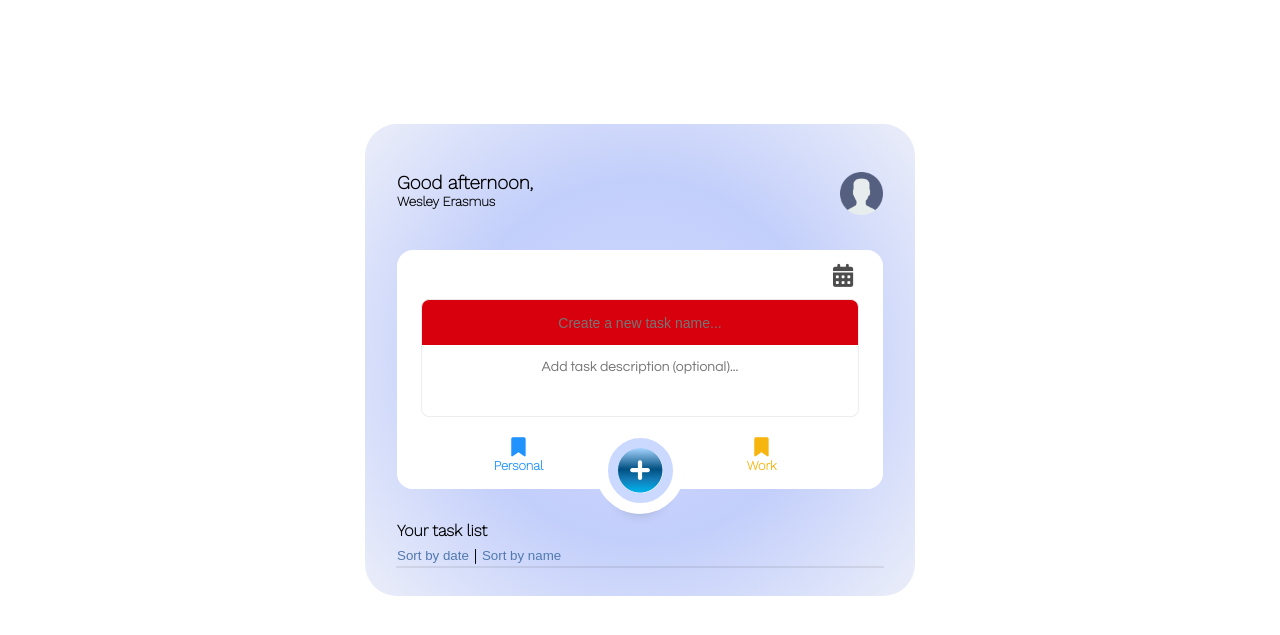
Repository: WesleyErasmus/Todo-App
Page: todoApp.html
An editor plug-in stored every save of this project. The page is shown before and after a run of saves, followed by the edit.
The browser window is 1280 px wide. The pictures show the whole page.
Some web libraries are served in a nearby version.

Above is the page before, as saved 2022-06-23 13:56:25.

### todoApp.html
<!DOCTYPE html>
<html lang="en">

<head>
    <meta charset="UTF-8">
    <meta http-equiv="X-UA-Compatible" content="IE=edge">
    <meta name="viewport" content="width=device-width, initial-scale=1.0">
    <title>Todo App</title>
    <script src="https://kit.fontawesome.com/81ea498f91.js" crossorigin="anonymous"></script>
    <link rel="stylesheet" href="/source/css/todoApp.css">
    <script src="/source/script/todoApp.js" defer></script>
</head>

<body>
    <!-- App wrapper -->
    <main class="app-wrapper">
        <!-- App header -->
        <header>
            <!-- Greeting and Name -->
            <div class="app-heading">
                <h3>Good afternoon, </h3>
                <h5>Wesley Erasmus</h5>
            </div>
            <!-- Profile picture -->
            <div id="profile-picture">
                <img src="/images/user.png" alt="" style="width: 43px;">
            </div>
        </header>

        <!-- Categories section -->
        <section>
            <form id="task-list-form">
                <div class="create-submit">
                    <span class="error-validation-message">Please enter a task title</span>
                    <!-- Task title input -->
                    <input type="text" name="title" id="title" placeholder="Create a new task name..." />
                    <!-- task description textarea -->
                    <textarea name="description" id="description" cols="30" rows="3" placeholder="Add task description (optional)..."></textarea>
                    <!-- Due date calendar icon -->
                    <span class="datePicker-toggle">
                        <span class="datePicker-toggle-button"></span>
                        <input type="date" name="date" class="datePicker-input">
                        <i class="fa-solid fa-calendar-days"></i>
                    </span>
                    <!-- Calendar tooltip message -->
                    <span class="calendar-tooltip">Add a due date</span>

                    <!-- task submit button -->
                    <button id="add-task-btn" type="submit" value="create-new-task">
                        <!-- add task button -->
                        <i class="fa-solid fa-circle-plus"></i>
                    </button>
                    <div class="circle onclick-background-change"></div>
                </div>

                <!-- Categories -->
                <div class="category-selectors">
                    <!-- Personal category -->
                    <label class="personal-category-btn onclick-background-change">
                        <input type="radio" name="category" value="Personal" class="personal-category"
                            id="personal-category"  />
                        <i class="fa-solid fa-bookmark"></i>
                        <h4 class="category-h4">Personal</h4>
                    </label>
                    <!-- Work category -->
                    <label class="work-category-btn onclick-background-change">
                        <input type="radio" name="category" value="Work" class="work-category" id="work-category" />
                        <i class="fa-solid fa-bookmark"></i>
                        <h4 class="category-h4">Work</h4>
                    </label>
                </div>
                <!-- End of categories div -->
                </div>
            </form>
        </section>

        <!-- Task list is created here, new tasks are outputted below -->
        <section class="todo-list-output">
            <div id="list-header">
                <div>Your task list</div>
            </div>
            <!-- SEARCH BAR -->
            <div id="search-filter-section">
                <!-- <form id="search-bar">
                <input type="text"
                id="search-bar"
                placeholder="Search for task...">
                <button type="submit"><i class="fa fa-search"
                id="search-submit-btn"></i></button>
                </form> -->
                <!-- filter dropdown  ***WORK IN PROGRESS*** -->
                <button id="sort-by-date" value="date">Sort by date</button>
                <p>|</p>
                <button id="sort-by-name" value="name">Sort by name</button>
                <!-- <form id="sort-tasks-form">
                    <select name="sort-by" id="sort-by">
                        <option >Sort</option>
                        <option id="sort-by-date" value="date">Sort by date</option>
                        <option id="sort-by-name" value="name">Sort by title</option>
                    </select>
                </form> -->

            </div>
            <!-- Actual task list output -->
            <div class="task-list" id="task-list">
                <!-- <div class="task-item">

                        <label id="personal-category-btn">
                        <input class="completed" type="checkbox" />
                        <input
                            type="radio"
                            name="category"
                            value="Work"
                            id="work-category" />
                            <i class="fa-solid fa-bookmark"></i>
                        </label>
                        <div class="task-content">
                            Test title
                            <p class="task-description">Lorem ipsum dolor sit amet consectetur adipisicing elit. Recusandae, deleniti.</p>
                        </div>

                        <div class="edit-delete">
                            <button class="edit"><i class="fa-solid fa-pencil"></i></button>
                            <button class="delete"><i class="fa fa-trash" aria-hidden="true"></i></button>
                            <button class="show-hide-description">Show description
                            </button>
                        </div>

                    </div> -->
            </div>
        </section>
    </main> <!-- End of App wrapper -->

</body>

</html>

### source/css/todoApp.css
/* GOOGLE FONT IMPORT */
@import url("https://fonts.googleapis.com/css2?family=Questrial&family=Work+Sans:wght@200&display=swap");

/* Font family CSS: */
/* font-family: "Work Sans", sans-serif; */
/* font-family: "Questrial", sans-serif; */

/* *** CSS VARIABLES *** */
:root {
  --light-background: #fff;
  --work: #f6b50f;
  --personal: #2093ff;
  /* --placeholder-text: #aeaeaec7; */
  --grey: #a9a9a9;
  --dark-grey: #4d4d4d;

  /* GRADIENT COLORS */
  --primary-gradient: -webkit-linear-gradient(
    top,
    #a7d4ff 0%,
    #005081 47%,
    #147bb6 70%,
    #00abe5 94%,
    #02a8e4 100%
  );
  --background: rgb(206, 217, 255);
  --background-color: radial-gradient(
    circle,
    rgba(206, 217, 255, 1) 0%,
    rgba(195, 207, 251, 1) 50%,
    rgba(235, 238, 249, 1) 100%
  );

  --delete: radial-gradient(
    circle,
    rgb(255, 9, 9) 26%,
    rgba(255, 88, 88, 1) 58%,
    rgb(255, 0, 0) 61%,
    rgba(255, 67, 67, 1) 68%
  );

  /* BOX-SHADOW */
  --box-shadow: rgba(0, 0, 0, 0.05) 0px 6px 24px 0px,
    rgba(0, 0, 0, 0.08) 0px 0px 0px 1px;
  /* TEXT-SHADOW */
  --text-shadows: rgba(0, 0, 0, 0.24) 0px 3px 8px;
}
/* END OF CSS VARIABLES */

/* UNIVERSAL SELECTOR STYLING */
* {
  box-sizing: border-box;
  margin: 0;
  padding: 0;
  list-style: none;
}
body {
  font-family: "Questrial", sans-serif;
}
/* END OF UNIVERSAL SELECTOR STYLING */

/* RADIO AND CHECKBOX INPUT STYLING */
/* Below removes input and checkbox default styling */
input:not([type="radio"]):not([type="checkbox"]),
button {
  appearance: none;
  border: none;
  outline: none;
  cursor: initial;
  background: none;
}
/* Removes the radio selector */
input[type="radio"] {
  display: none;
}
/* END OF RADIO AND CHECKBOX INPUT STYLING */

/* Removes textarea resize styling */
textarea {
  resize: none;
}

/* UNIVERSAL PLACEHOLDER TEXT STYLING */
::placeholder {
  /* Style placeholder text here */
}

/* UNIVERSAL BUTTON STYLING */
button {
  appearance: none;
  border: none;
  outline: none;
  background: none;
  cursor: initial;
  cursor: pointer;
}

/* APP WRAPPER/CONTAINER STYLING */
main {
  background: var(--background);
  background-image: var(--background-color);
  padding-top: 2rem;
  border-radius: 2rem;
  padding-left: 2rem;
  padding-right: 2rem;
  flex: 1 1 0%;
  align-items: center;
  justify-content: center;
  max-width: 550px;
  width: 100%;
  position: absolute;
  top: 50%;
  left: 50%;
  margin-right: -50%;
  transform: translate(-50%, -50%);
}
/* END OF APP WRAPPER/CONTAINER STYLING */

/* Styling for section HTML tags */
section {
  margin-top: 1rem;
  margin-bottom: 2rem;
}

/* Makes mouse cursor change to pointer when hovering over all labels */
label {
  cursor: pointer;
}

/* HEADER STYLING (Greeting, name, and profile image) */
header {
  display: flex;
  justify-content: space-between;
  padding: 1rem 0rem 1rem 0rem;
  border-radius: 1rem;
}

.app-heading {
    font-family: "Work Sans", sans-serif;
}
/* END OF HEADER STYLING */

/* TASK USER INPUTS STYLING */
#task-list-form {
  background-color: var(--light-background);
  border-radius: 1rem;
  padding-top: 1.65rem;
  margin: 0;
}
/* Container for input fields and the task submit button */
.create-submit {
  position: relative;
  display: flex;
  flex-direction: column;
  justify-content: center;
  align-items: center;
  text-align: center;
  margin-top: 0.5rem;
}
/* Title and description input field */
#title {
  background: #D8000C;
  /* background: rgb(246, 248, 255); */
  /* background: #ff000072; */
  display: block;
  width: 90%;
  font-size: 14px;
  text-align: center;
  border: 0.1px solid #ececec;
  border-top-left-radius: 0.5rem;
  border-top-right-radius: 0.5rem;
  border-bottom: none;
  padding: 0.9rem 0rem 0.9rem 0rem;
  margin-top: 15px;
}
#description {
  /* background-color: #ececec4e; */
  text-align: center;
  font-family: "Questrial", sans-serif;
  display: block;
  width: 90%;
  font-size: 14px;
  padding: 0.9rem;
  appearance: none;
  border: 0.1px solid #ececec;
  border-bottom-left-radius: 0.5rem;
  border-bottom-right-radius: 0.5rem;
  border-top: none;
  outline: none;
  cursor: initial;
}

/* Hover */
#title:hover,
#description:hover {
  border-radius: 0.5rem;
  /* background-color: #ececec4e; */
  background-color: #ececec4e;
  /* background: rgb(246, 248, 255); */
  width: 90%;
}
/* Add new task submit button */
#add-task-btn {
  z-index: 10;
  position: absolute;
  display: block;
  margin: 0 auto;
  bottom: -86px;
  color: #ffffff;
  background: var(--primary-gradient);
  -webkit-background-clip: text;
  -webkit-text-fill-color: transparent;
  border: 10px solid #cbd8ff;
  border-radius: 9999px;
  transition: all 0s;
}
/* Hover */
#add-task-btn:hover {
  opacity: 0.75;
  transform: translateY(-1px);
}
/* Click */
#add-task-btn:active {
  transform: translateY(1px);
}
/* Div circle container behind the task submit button */
.circle {
  z-index: -1;
  position: absolute;
  bottom: -142px;
  left: 50%;
  margin-right: -50%;
  transform: translate(-50%, -50%);
  width: 90px;
  height: 90px;
  background-color: var(--light-background);
  border-bottom-left-radius: 100px;
  border-bottom-right-radius: 100px;
  border: none;
  box-shadow: rgba(0, 0, 0, 0.45) 0px 20px 15px -25px;
}
/* Task submit button sizing */
.fa-circle-plus {
  font-size: 45px;
}
/* END OF TODO INPUTS AND SUBMIT BTN STYLING */

/* STYLING FOR CATEGORY BUTTONS, PERSONAL AND WORK */
.category-selectors {
  display: flex;
  justify-content: center;
  align-items: center;
  border-bottom-left-radius: 1rem;
  border-bottom-right-radius: 1rem;
}
/* Category labels */
.category-selectors label {
  display: flex;
  flex-direction: column;
  justify-content: center;
  align-items: center;
  background-color: var(--light-background);
  padding: 0.75rem 2rem;
}
.category-h4 {
  font-family: "Work Sans", sans-serif;
}
/* *** WORK IN PROGRESS *** */
/* .personal-category:checked ~ .category-h4 {
  border-bottom: 1px solid #00abe5;
}
.work-category:checked ~ .category-h4 {
  border-bottom: 1px solid #f6b50f;
} */

/* Color for personal category button */
.personal-category-btn {
  color: var(--personal);
  border-bottom-left-radius: 1rem;
}
/* Color for work category button */
.work-category-btn {
  color: var(--work);
  border-bottom-right-radius: 1rem;
}
/* Category button styling */
.work-category-btn,
.personal-category-btn {
  font-size: 0.8em;
  width: 100%;
  height: 70px;
  border: none;
  outline: none;
  margin-top: 2px;
  transition: all 0s;
}
/* Click styling */
label.work-category-btn:active {
  transform: translateY(0.5px);
  background-color: #f6b50f3a;
  border-bottom-left-radius: 1rem;
  border-bottom-right-radius: 1rem;
}
/* Click styling */
label.personal-category-btn:active {
  transform: translateY(0.5px);
  background-color: #2093ff2b;
  border-bottom-left-radius: 1rem;
  border-bottom-right-radius: 1rem;
}
/* Hover styling */
.work-category-btn:hover,
.personal-category-btn:hover {
  opacity: 0.75;
  transform: translateY(-1px);
  background-color: #ececec4e;
}
/*END OF STYLING FOR CATEGORY BUTTONS */

/* HEADER FOR TASK LIST */
#list-header {
  font-family: "Work Sans", sans-serif;
  width: 80%;
  display: flex;
  justify-content: space-between;
  margin-bottom: 0;
  font-weight: bold;
  margin-bottom: 0.5rem;
}
/* END HEADER FOR TASK LIST */

/* CONTAINER FOR SEARCH BAR AND SEARCH BUTTONS */
#search-filter-section {
  display: flex;
  margin-bottom: 3px;
}
/* Sort buttons */
#sort-by-date,
#sort-by-name {
  color: #5179b0;
}
/* Hover */
#sort-by-date:hover,
#sort-by-name:hover {
  opacity: 0.75;
  text-decoration: underline;
}
/* Sort buttons margin styling */
#sort-by-date {
  margin-right: 5px;
}
#sort-by-name {
  margin-left: 5px;
}
/* END OF SORT BUTTONS */

/* WORK IN PROGRESS */
/* select {
  font-family: "Questrial", sans-serif;
  font-size: 15px;
  margin-left: 0.3rem;
  margin-bottom: 15px;
  padding: 0.4rem;
  border: none;
  outline: 0;
  border-radius: 0.25rem;
  cursor: pointer;
  box-shadow: var(--box-shadow);
}
option {
  font-family: "Questrial", sans-serif;
  font-size: 12px;
} */
/* END OF STYLING FOR SORT BUTTON */

/* SEARCH BAR STYLING */
#search-bar {
  position: relative;
  display: flex;
  justify-content: center;
  align-items: center;
  width: 47%;
}
/* Search bar input field */
#search-bar input {
  display: block;
  width: 100%;
  font-size: 0.9rem;
  padding: 0.5rem 1.5rem;
  padding-right: 0rem;
  background-color: var(--light-background);
  border-radius: 0.5rem;
  margin-bottom: 1rem;
  box-shadow: var(--box-shadow);
}
/* Search submit button */
#search-submit-btn {
  position: absolute;
  display: block;
  right: 0rem;
  top: 0;
  background-color: var(--light-background);
  border-top-left-radius: 0.5rem;
  border-bottom-left-radius: 0.5rem;
  border-top-right-radius: 0.5rem;
  border-bottom-right-radius: 0.5rem;
  padding: 0.53rem;
  color: var(--grey);
}
/*END OF SEARCH BAR STYLING */

/* END OF CONTAINER FOR SEARCH BAR AND SEARCH BUTTONS */

/* TASK LIST WHERE NEW TASKS ARE DISPLAYED */
#task-list {
  border-radius: 1rem;
  background-color: var(--light-background);
  box-shadow: var(--box-shadow);
}
/* Task item styling (styling for each created task*/
#task-list .task-item {
  display: flex;
  justify-content: space-between;
  padding: 1.2rem 1.5rem;
  margin-bottom: 0rem;
  border-bottom: 0.01px solid rgba(229, 225, 225, 0.919);
}
/* Hover */
div.task-item:hover {
  border-radius: 0.5rem;
  background-color: #ececec4e !important;
}
/* Task title font sizing */
input.task-title {
  color: #141823;
  font-weight: 540;
  font-size: 15px;
  width: 100%;
  margin-bottom: 5px;
}
/* Task description styling */
p.task-description {
  display: none;
  font-size: 14px;
  padding: 6px 3px 5px;
  border-radius: 7px;
  color: #373D3F;
  line-height: 1.1;

}
/*Task content container styling which contains:
Task title, Task description, Show description button */
.task-content {
  width: 100%;
  margin-left: 20px;
}
/* Task item flex display */
.task-content .task-item {
  flex: 1 1 0%;
}
/* Task item styling */
.task-content .task-item .text {
  color: var(--dark-grey);
  width: 100%;
  display: block;
  transition: 0.4s;
}
/* END OF TASK LIST STYLING */

/* EDIT & DELETE BUTTON STYLING */
.edit,
.delete {
  position: relative;
  right: -10px;
  top: -4px;
  transition: all 0.1s;
  cursor: pointer;
  font-size: 0.8rem;
}
/* Edit & delete button container */
.edit-delete {
  display: flex;
  height: 30px;
  flex-direction: row;
  justify-content: flex-start;
}
/* Hover */
.edit:hover,
.delete:hover {
  opacity: 0.75;
}
/* Click */
.edit:active,
.delete:active,
.fa-floppy-disk:active {
  transform: translateY(1px);
}
/* END OF EDIT & DELETE BUTTON STYLING */

/* TASK DESCRIPTION SHOW / HIDE STYLING */
/* Show/hide button styling */
.show-hide-description {
  margin-bottom: 5px;
  font-size: 0.8rem;
  position: relative;
  color: #5179b0;
}
/* Hover */
.show-hide-description:hover {
  opacity: 0.75;
  text-decoration: underline;
}
/* Click */
.show-hide-description:active {
  color: var(--dark-grey);
}
/* END OF TASK DESCRIPTION BUTTON STYLING */

/* FONT-AWESOME BUTTON STYLING */
/* EDIT BUTTON STYLING */
.fa-pencil {
  font-size: 1.1rem;
  margin: 5px;
  background: rgb(100,134,255);
  background: linear-gradient(90deg, rgb(38, 85, 255) 21%, rgb(75, 114, 255) 39%, rgb(107, 137, 255) 62%, rgb(35, 83, 255) 86%);
  -webkit-background-clip: text;
  -webkit-text-fill-color: transparent;
}
/* DELETE BUTTON STYLING */
.fa-trash {
  font-size: 1.1rem;
  margin: 5px;
  background: var(--delete);
  -webkit-background-clip: text;
  -webkit-text-fill-color: transparent;
}
/* SAVE BUTTON STYLING */
.fa-floppy-disk {
  font-size: 1.1rem;
  margin: 5px;
  background: var(--primary-gradient);
  -webkit-background-clip: text;
  -webkit-text-fill-color: transparent;
}
/* Category bookmark styling (icon color is styled in .personal-category-btn & .work-category-btn) */
.fa-bookmark {
  font-size: 1.2rem;
  margin-top: 3px;
}
/* END OF FONT-AWESOME BUTTON STYLING */

/* Strike-through for completed tasks ***NOT WORKING ON TASK DESCRIPTION*** */
.task-item.completed .task-content input {
  text-decoration: line-through;
  color: var(--grey);
}



.datePicker-toggle {
  display: inline-block;
  position: absolute;
  right: 30px;
  top: -20px;
}

.datePicker-input {
  position: absolute;
  left: 0;
  top: 0;
  width: 100%;
  height: 100%;
  opacity: 0;
  cursor: pointer;
  box-sizing: border-box;
}
/* Tooltip hover styling */
.datePicker-toggle:hover {
  opacity: 0.85;
}
.datePicker-toggle:active {
  transform: translateY(1px);
}

.datePicker-toggle:hover + .calendar-tooltip {
  visibility: visible;
  opacity: 1;
}

.datePicker-input::-webkit-calendar-picker-indicator {
  position: absolute;
  left: 0;
  top: 0;
  width: 100%;
  height: 100%;
  margin: 0;
  padding: 0;
  cursor: pointer;
}

/* Tooltip styling */
.calendar-tooltip {
  visibility: hidden;
  position: absolute;
  width: 140px;
  height: 30px;
  right: 35px;
  top: -60px;
  font-size: 0.85rem;
  background-color: #f7f9ff;
  color: var(--dark-grey);
  text-align: center;
  padding: 8px 0;
  border-radius: 7px;
  z-index: 1;
  box-shadow: var(--box-shadow);
  /* Tooltip fade effect */
  opacity: 0;
  transition: opacity 1s;
}

/* Tooltip styling */
.calendar-tooltip::after {
  content: "";
  position: absolute;
  top: 100%;
  left: 85%;
  margin-left: -5px;
  border-width: 5px;
  border-style: solid;
  border-color: #d6e0ff transparent transparent transparent;
}

.fa-calendar-days {
  font-size: 23px;
  color: var(--dark-grey);
}

.task-due-date {
  font-size: 0.85rem;
  color: var(--grey);
}
.error-validation-message {
  visibility: hidden;
  position: absolute;
  width: 250px;
  height: 40px;
  right: 180px;
  top: -40px;
  font-size: 0.85rem;
  background-color: #f7f9ff;
  color: var(--dark-grey);
  text-align: center;
  padding: 13px 0;
  border-radius: 7px;
  z-index: 1;
  box-shadow: var(--box-shadow);
  /* Tooltip fade effect */
}

/* Tooltip styling */
.error-validation-message::after {
  content: "";
  position: absolute;
  top: 100%;
  left: 65%;
  margin-left: -5px;
  border-width: 8px;
  border-style: solid;
  border-color: #d6e0ff transparent transparent transparent;
}

Loaded but not shown: source/script/todoApp.js (237 lines, source omitted)

After the next 3 saves:
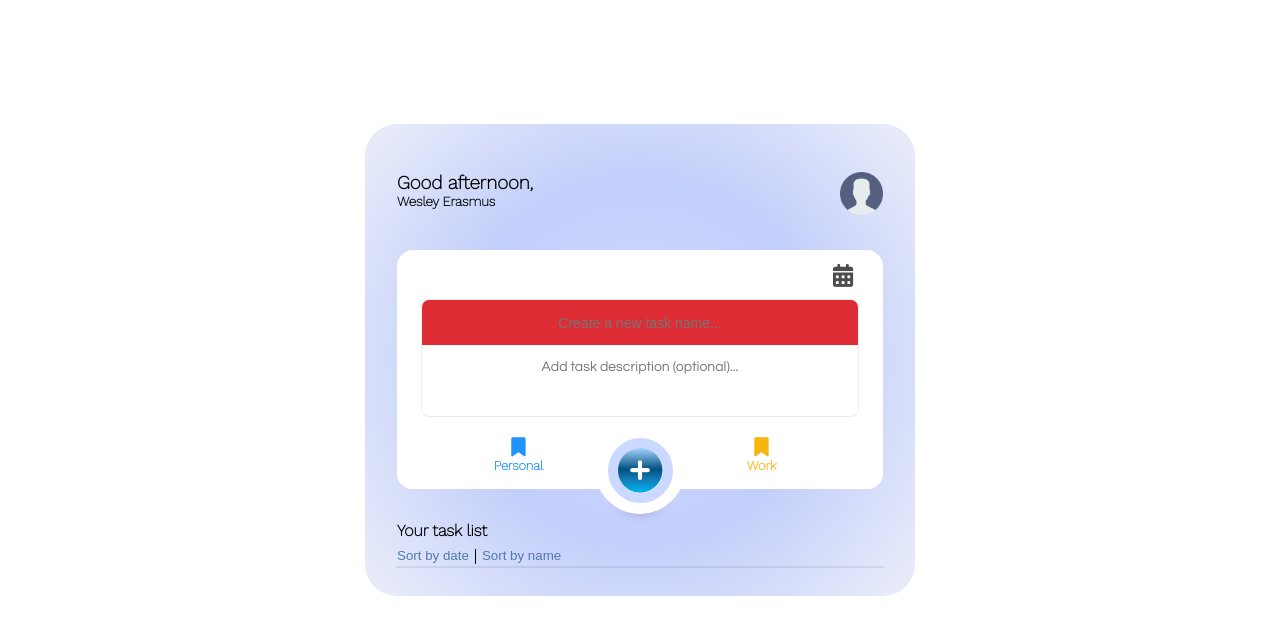
The 3 saves are shown as one change because they came seconds apart.
The last was saved 17 s later.
--- a/source/css/todoApp.css
+++ b/source/css/todoApp.css
@@ -159,7 +159,7 @@ header {
 }
 /* Title and description input field */
 #title {
-  background: #D8000C;
+  background: #d8000bd2;
   /* background: rgb(246, 248, 255); */
   /* background: #ff000072; */
   display: block;
